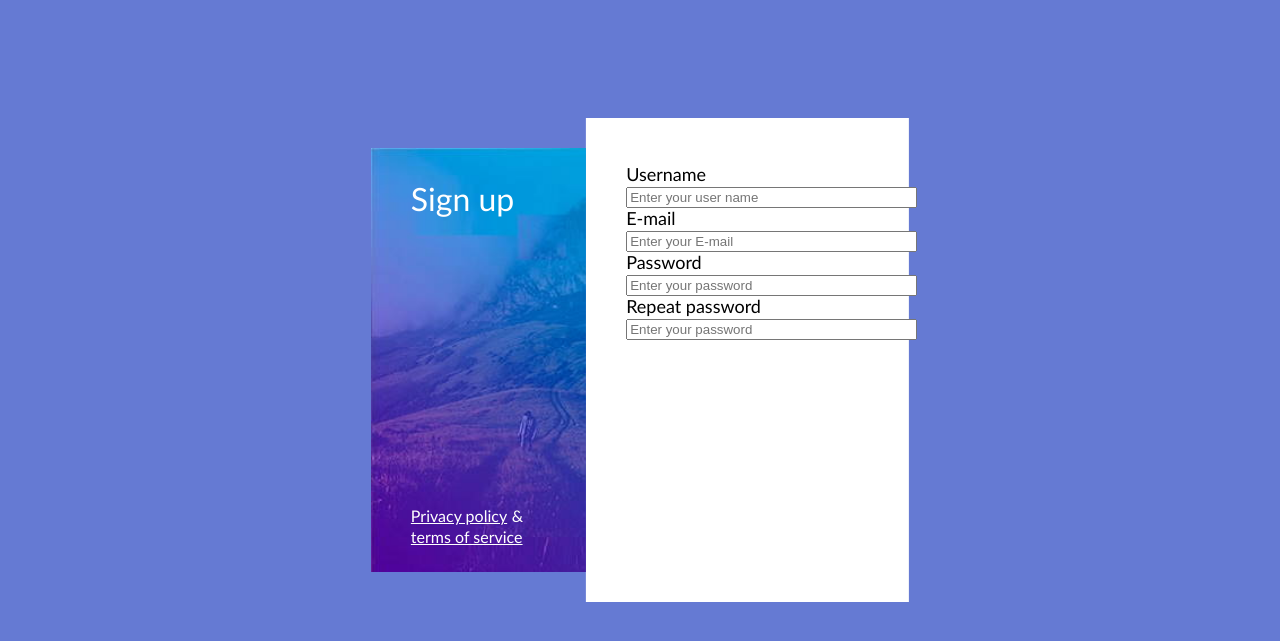
Repository: motiejus1/11-paskaita-adobexd-registracija
Page: index.html
These files come from the project's save history. The page is drawn as it stood at one moment and after a run of saves; the edit follows.
The browser window is 1280 px wide. The pictures show the whole page.

Above is the page before, as saved 2021-06-17 19:59:12.

### index.html
<!DOCTYPE html>
<html lang="en">
<head>
    <meta charset="UTF-8">
    <meta http-equiv="X-UA-Compatible" content="IE=edge">
    <meta name="viewport" content="width=device-width, initial-scale=1.0">
    <title>Registracija</title>
    <style>
        html {
            font-size: 18px;
        }

        body {
            max-width: 1920px;
            background-color: #657AD3;
            font: normal normal normal 1rem/1.1667rem Gill Sans MT;
        }

        .container {
            width: 42.05%;
            position: absolute;
            top: 50%;
            left: 50%;
            transform: translate(-50%, -50%);
        }

        .left-column, .right-column {
            float:left;
            height: 26.8889rem;
        }

        .left-column {
            background-color: transparent;
            width: 40%;

        }

        .right-column {
            width: 60%;
            background-color: #fff;
        }

        .left-column-container {
            margin-top: 1.6667rem;
            height: 23.5556rem;
            background-color: #fff;
            background: transparent url('img/mountain.png') 0% 0% no-repeat padding-box;
            background-size: cover;
            padding-left: 2.2222rem;
            position: relative;

        }

        h1 {
            font: normal normal normal 1.7778rem/2.0556rem Gill Sans MT;
            color: #FFFFFF;
            margin: 0;
            padding-top: 32px;
        }


        .links {
            position: absolute;
            bottom: 1.3889rem;
        }

        .links a, .links p {
            display: inline-block;
            color: #FFFFFF;
            font: normal normal normal 0.8889rem/1.0556rem Gill Sans MT;
        }

        .links a:hover {
            color:#808080;
        }

        .links p {
            margin: 0;
        }

        .right-column-container {
            padding-left: 2.2222rem;
            padding-top: 2.5556rem;
        }

        input {
            width: 100%;
        }

    </style>

</head>
<body>

    <div class="container">

        <div class="left-column">
            <div class="left-column-container">
                <h1>Sign up</h1>

                <div class="links">
                    <a href="#">Privacy policy</a>
                    <p>&</p>
                    <a href="#">terms of service</a>
                </div>
            </div>
        </div>
        <div class="right-column">
            <div class="right-column-container">
                <div class="input">
                    <label for="username">Username</label>
                    <input placeholder="Enter your user name" type="text" id="username" name="username" />
                </div>
                <div class="input">
                    <label for="email">E-mail</label>
                    <input placeholder="Enter your E-mail" type="text" id="email" name="email" />
                </div>
                <div class="input">
                    <label for="password">Password</label>
                    <input placeholder="Enter your password" type="password" id="password" name="password" />
                </div>
                <div class="input">
                    <label for="repeat-password">Repeat password</label>
                    <input placeholder="Enter your password" type="password" id="repeat-password" name="repeat-password" />
                </div>
            </div>
        </div>
    </div>

</body>
</html>

After the next 2 saves:
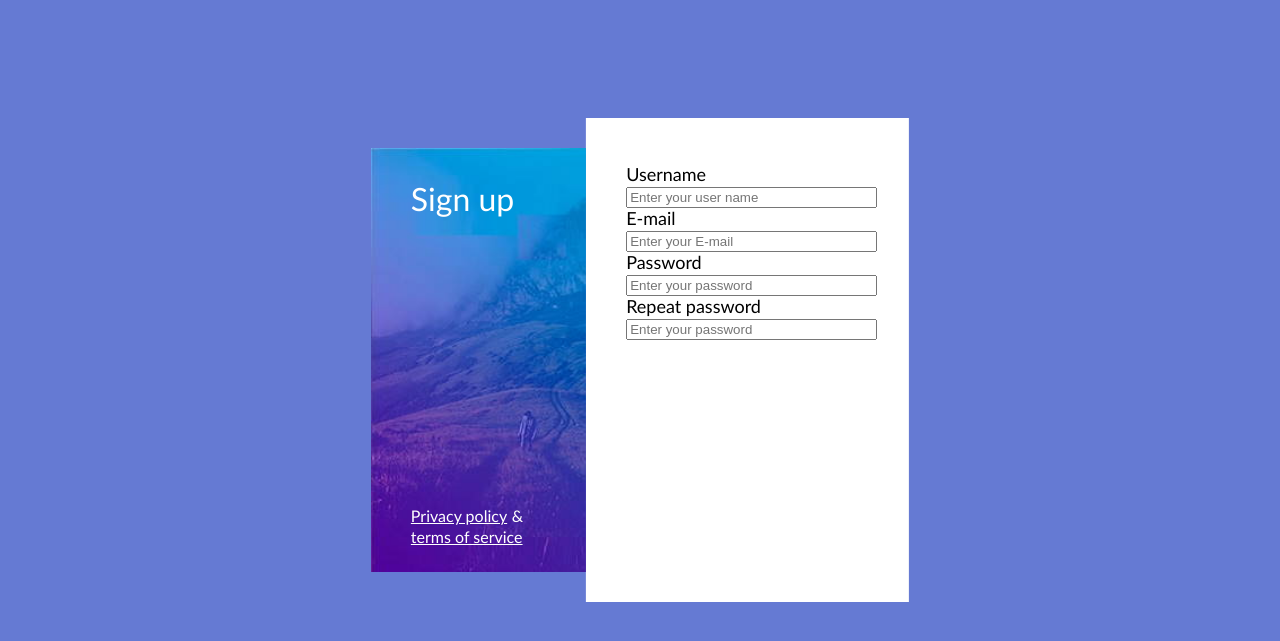
The 2 saves are shown as one change because they came seconds apart.
The last was saved 53 s later.
--- a/index.html
+++ b/index.html
@@ -81,6 +81,7 @@
         .right-column-container {
             padding-left: 2.2222rem;
             padding-top: 2.5556rem;
+            padding-right: 2.2222rem;
         }
 
         input {
